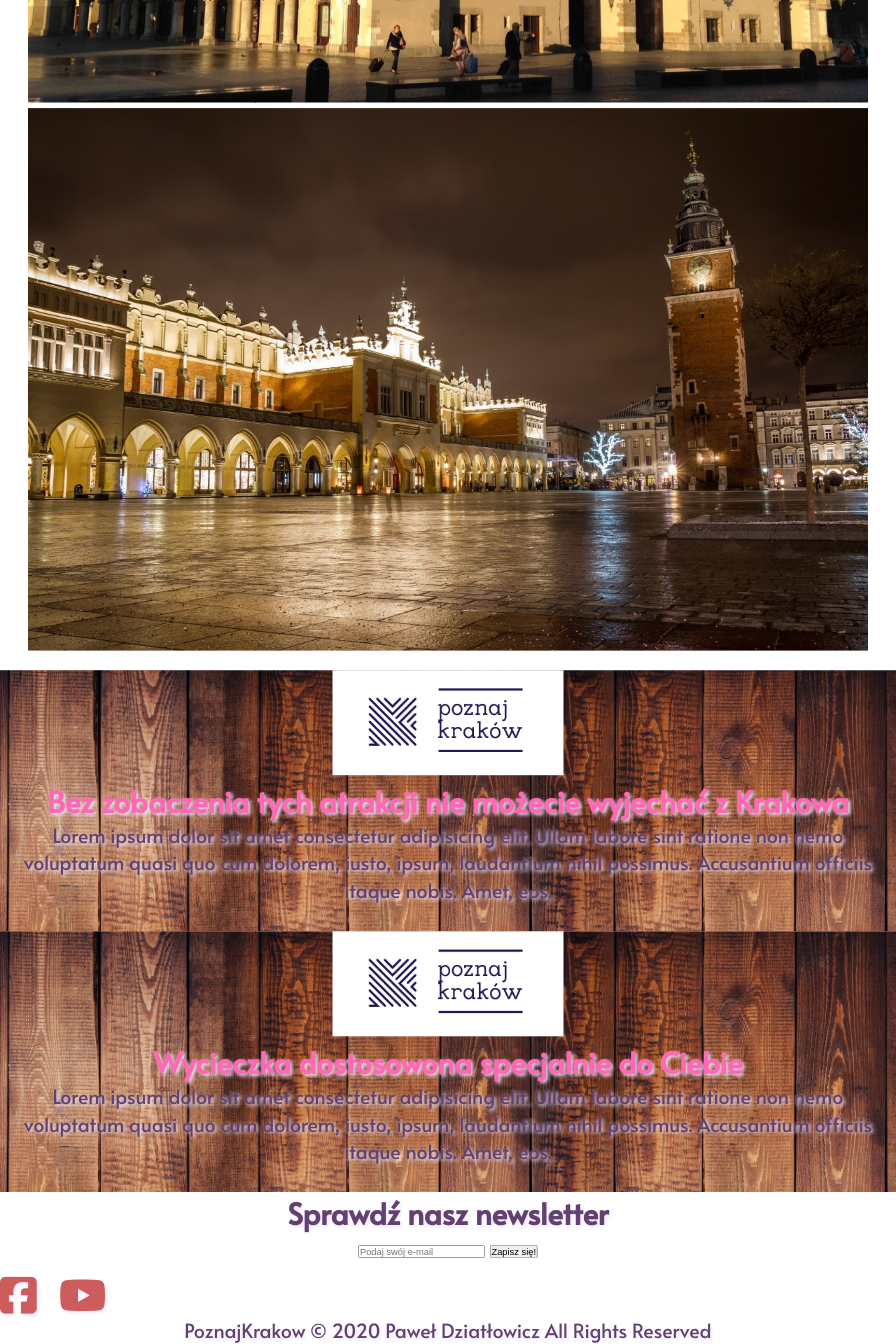
Repository: DZIALEK/projekt1
Page: projekt1.html
The author's editor kept a copy of each file at every save. The page is drawn from the files as they stood at one save, then again after the next save.
The browser window is 1280 px wide. The pictures show the part of the page from y = 2828 to 4748 px (the page is 4748 px tall), at 70% of full size.
Some icons come from a web library that is not loaded, so they are not drawn. A picture or video elsewhere on the page could not be fetched, so the positions and the page height are approximate. Some web libraries are served in a nearby version.

Above is the page before, as saved 2020-07-15 00:38:25.

After the next save:
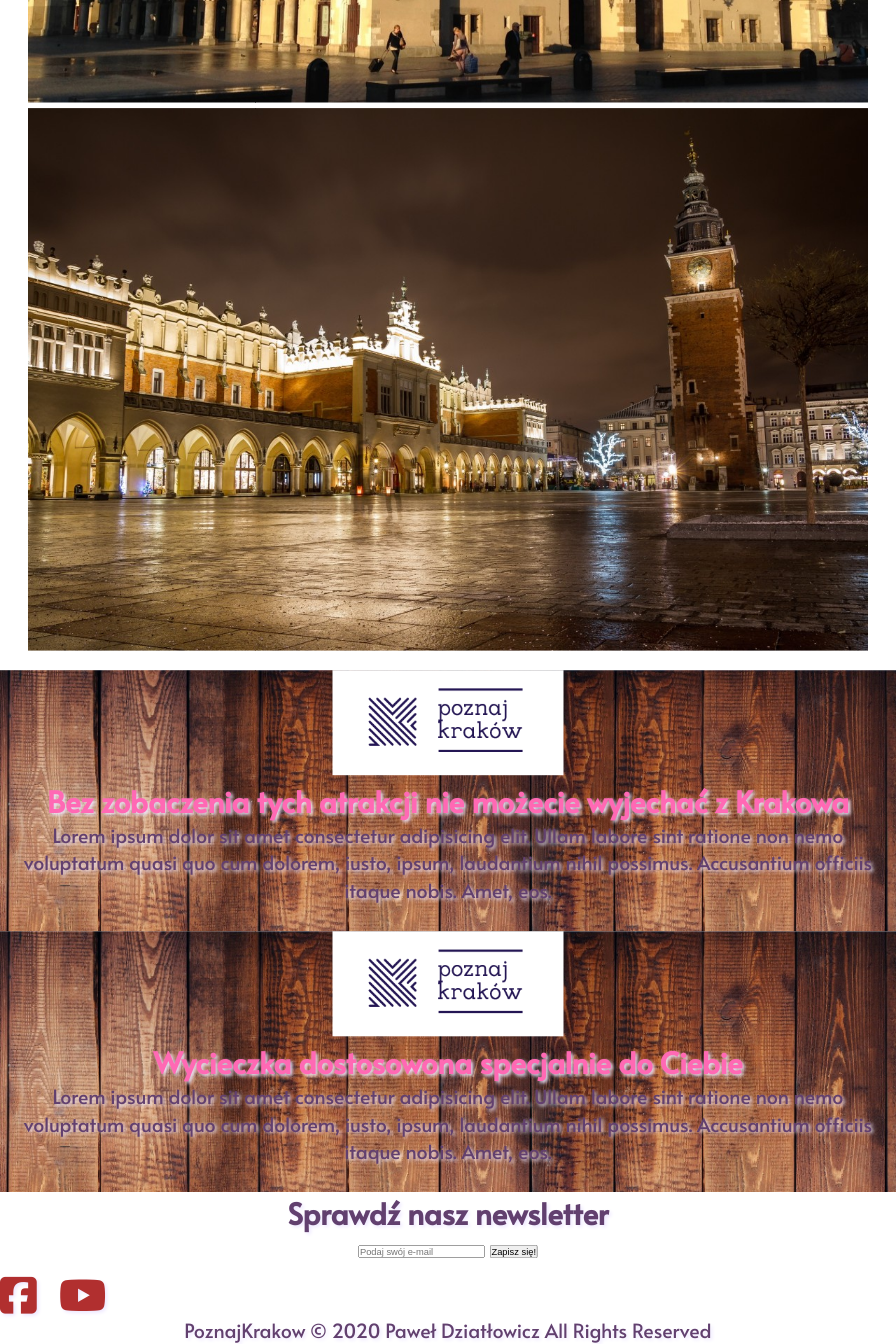
Saved 37 s later.
--- a/projekt1.css
+++ b/projekt1.css
@@ -171,7 +171,7 @@ nav a:hover {
 }
 
 .social-media i {
-    color: indianred;
+    color: rgb(177, 47, 47);
     text-align: center;
     margin-top: 20px;
     font-size: 60px;
